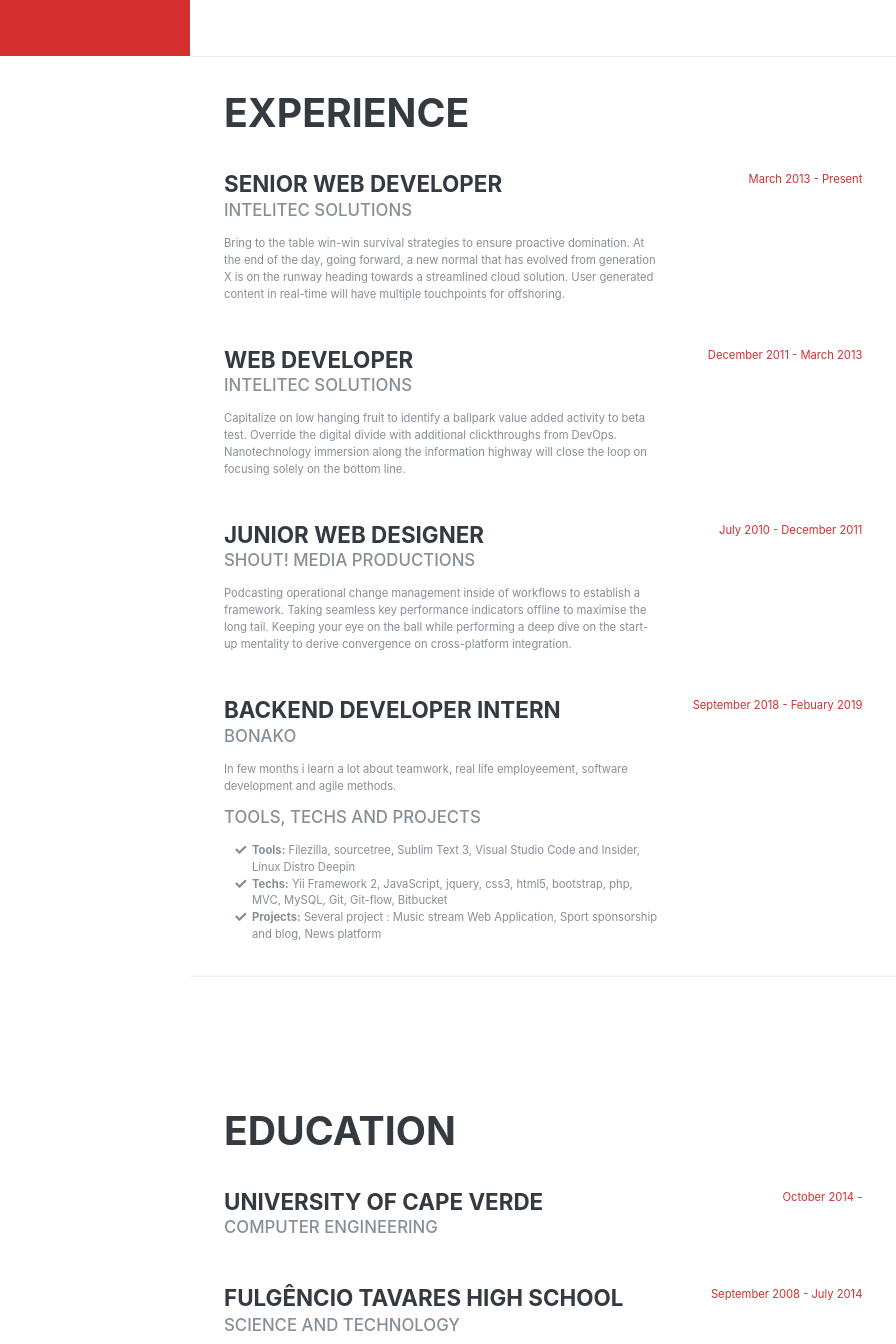
Repository: kcfurtado/kcfurtado.github.io
Page: index.html
An editor plug-in stored every save of this project. The page is shown before and after the next save, followed by the edit.
The browser window is 1280 px wide. The pictures show the part of the page from y = 640 to 2560 px (the page is 4198 px tall before and 3843 px after), at 70% of full size.
Some web fonts or font styles are not loaded; a fallback is used.

Above is the page before, as saved 2020-04-04 11:04:45.

### index.html
<!DOCTYPE html>
<html lang="en">

<head>

  <meta charset="utf-8">
  <meta name="viewport" content="width=device-width, initial-scale=1, shrink-to-fit=no">
  <meta name="description" content="">
  <meta name="author" content="">

  <title>Kelton Furtado - Portfolio</title>

  <!-- Bootstrap core CSS -->
  <link href="vendor/bootstrap/css/bootstrap.min.css" rel="stylesheet">

  <!-- Custom fonts for this template -->
  <link href="https://fonts.googleapis.com/css?family=Saira+Extra+Condensed:500,700" rel="stylesheet">
  <link href="https://fonts.googleapis.com/css?family=Muli:400,400i,800,800i" rel="stylesheet">
  <link href="vendor/fontawesome-free/css/all.min.css" rel="stylesheet">

  <!-- Custom styles for this template -->
  <link href="css/resume.min.css" rel="stylesheet">

</head>

<body id="page-top">

  <nav class="navbar navbar-expand-lg navbar-dark bg-primary fixed-top" id="sideNav">
    <a class="navbar-brand js-scroll-trigger" href="#page-top">
      <span class="d-block d-lg-none">Kelton Furtado</span>
      <span class="d-none d-lg-block">
        <img class="img-fluid img-profile rounded-circle mx-auto mb-2" src="img/profile.png" alt="">
      </span>
    </a>
    <button class="navbar-toggler" type="button" data-toggle="collapse" data-target="#navbarSupportedContent" aria-controls="navbarSupportedContent" aria-expanded="false" aria-label="Toggle navigation">
      <span class="navbar-toggler-icon"></span>
    </button>
    <div class="collapse navbar-collapse" id="navbarSupportedContent">
      <ul class="navbar-nav">
        <li class="nav-item">
          <a class="nav-link js-scroll-trigger" href="#about">About</a>
        </li>
        <li class="nav-item">
          <a class="nav-link js-scroll-trigger" href="#experience">Experience</a>
        </li>
        <li class="nav-item">
          <a class="nav-link js-scroll-trigger" href="#education">Education</a>
        </li>
        <li class="nav-item">
          <a class="nav-link js-scroll-trigger" href="#skills">Skills</a>
        </li>
        <li class="nav-item">
          <a class="nav-link js-scroll-trigger" href="#interests">Interests</a>
        </li>
        <!-- <li class="nav-item">
          <a class="nav-link js-scroll-trigger" href="#awards">Awards</a>
        </li> -->
      </ul>
    </div>
  </nav>

  <div class="container-fluid p-0">

    <section class="resume-section p-3 p-lg-5 d-flex align-items-center" id="about">
      <div class="w-100">
        <h1 class="mb-0">Kelton
          <span class="text-primary">Furtado</span>
        </h1>
        <div class="subheading mb-5">Praia · Santiago · Cape Verde (+238) 599 52 45
          <a target="_blank" href="mailto:kelfurtado28@hotmail.com">kelfurtado28@hotmail.com</a>
        </div>
        <p class="lead mb-5">Im a Cape Verdean young programmer and computer , computer networks, computer security, linux and astronomy enthusiast. I am open to new experiences and challenges to improve as a professional and as a human being.</p>
        <div class="social-icons">
          <a target="_blank" href="https://linkedin.com/in/kelton-furtado">
            <i class="fab fa-linkedin-in"></i>
          </a>
          <a target="_blank" href="https://github.com/kcfurtado/">
            <i class="fab fa-github"></i>
          </a>
          <!--<a href="#">
            <i class="fab fa-twitter"></i>
          </a>-->
          <a target="_blank" href="https://www.facebook.com/kcafurtado">
            <i class="fab fa-facebook-f"></i>
          </a>
        </div>
      </div>
    </section>

    <hr class="m-0">

    <section class="resume-section p-3 p-lg-5 d-flex justify-content-center" id="experience">
      <div class="w-100">
        <h2 class="mb-5">Experience</h2>

        <div class="resume-item d-flex flex-column flex-md-row justify-content-between mb-5">
          <div class="resume-content">
            <h3 class="mb-0">Senior Web Developer</h3>
            <div class="subheading mb-3">Intelitec Solutions</div>
            <p>Bring to the table win-win survival strategies to ensure proactive domination. At the end of the day, going forward, a new normal that has evolved from generation X is on the runway heading towards a streamlined cloud solution. User generated content in real-time will have multiple touchpoints for offshoring.</p>
          </div>
          <div class="resume-date text-md-right">
            <span class="text-primary">March 2013 - Present</span>
          </div>
        </div>

        <div class="resume-item d-flex flex-column flex-md-row justify-content-between mb-5">
          <div class="resume-content">
            <h3 class="mb-0">Web Developer</h3>
            <div class="subheading mb-3">Intelitec Solutions</div>
            <p>Capitalize on low hanging fruit to identify a ballpark value added activity to beta test. Override the digital divide with additional clickthroughs from DevOps. Nanotechnology immersion along the information highway will close the loop on focusing solely on the bottom line.</p>
          </div>
          <div class="resume-date text-md-right">
            <span class="text-primary">December 2011 - March 2013</span>
          </div>
        </div>

        <div class="resume-item d-flex flex-column flex-md-row justify-content-between mb-5">
          <div class="resume-content">
            <h3 class="mb-0">Junior Web Designer</h3>
            <div class="subheading mb-3">Shout! Media Productions</div>
            <p>Podcasting operational change management inside of workflows to establish a framework. Taking seamless key performance indicators offline to maximise the long tail. Keeping your eye on the ball while performing a deep dive on the start-up mentality to derive convergence on cross-platform integration.</p>
          </div>
          <div class="resume-date text-md-right">
            <span class="text-primary">July 2010 - December 2011</span>
          </div>
        </div>

        <div class="resume-item d-flex flex-column flex-md-row justify-content-between">
          <div class="resume-content">
            <h3 class="mb-0">Backend Developer Intern</h3>
            <div class="subheading mb-3">Bonako</div>
            <p> In few months i learn a lot about teamwork, real life employeement, software development and agile methods.</p>
            <div class="subheading mb-3">Tools, Techs and projects</div>
            <ul class="fa-ul mb-0">
              <li>
                <i class="fa-li fa fa-check"></i>
                <b>Tools:</b> Filezilla, sourcetree, Sublim Text 3, Visual Studio Code and Insider, Linux Distro Deepin
              </li>
              <li>
                <i class="fa-li fa fa-check"></i>
                <b>Techs:</b> Yii Framework 2, JavaScript, jquery, css3, html5, bootstrap, php, MVC, MySQL, Git, Git-flow, Bitbucket
              </li>
              <li>
                <i class="fa-li fa fa-check"></i>
                <b>Projects:</b> Several project : Music stream Web Application, Sport sponsorship and blog, News platform
              </li>
            </ul>
          </div>
          <div class="resume-date text-md-right">
            <span class="text-primary">September 2018 - Febuary 2019</span>
          </div>
        </div>

      </div>

    </section>

    <hr class="m-0">

    <section class="resume-section p-3 p-lg-5 d-flex align-items-center" id="education">
      <div class="w-100">
        <h2 class="mb-5">Education</h2>

        <div class="resume-item d-flex flex-column flex-md-row justify-content-between mb-5">
          <div class="resume-content">
            <h3 class="mb-0">University of Cape Verde</h3>
            <div class="subheading mb-3">Computer Engineering</div>
            <div></div>
            <p></p>
          </div>
          <div class="resume-date text-md-right">
            <span class="text-primary">October 2014 - </span>
          </div>
        </div>

        <div class="resume-item d-flex flex-column flex-md-row justify-content-between">
          <div class="resume-content">
            <h3 class="mb-0">Fulgêncio Tavares High School</h3>
            <div class="subheading mb-3">Science and Technology</div>
            <p></p>
          </div>
          <div class="resume-date text-md-right">
            <span class="text-primary">September 2008 - July 2014</span>
          </div>
        </div>

      </div>
    </section>

    <hr class="m-0">

    <section class="resume-section p-3 p-lg-5 d-flex align-items-center" id="skills">
      <div class="w-100">
        <h2 class="mb-5">Skills</h2>

        <div class="subheading mb-3">Programming Languages &amp; Tools</div>
        <ul class="list-inline dev-icons">
          <li class="list-inline-item">
            <i class="fab fa-html5"></i>
          </li>
          <li class="list-inline-item">
            <i class="fab fa-css3-alt"></i>
          </li>
          <li class="list-inline-item">
            <i class="fab fa-js-square"></i>
          </li>
          <li class="list-inline-item">
            <i class="fab fa-php"></i>
          </li>
          <li class="list-inline-item">
            <i class="fab fa-laravel"></i>
          </li>
          <li class="list-inline-item">
            <i class="fab fa-yarn"></i>
          </li>
          <li class="list-inline-item">
            <i class="fab fa-node-js"></i>
          </li>
          <li class="list-inline-item">
            <i class="fab fa-bootstrap"></i>
          </li>
          <li class="list-inline-item">
            <i class="fab fa-wordpress"></i>
          </li>
          <li class="list-inline-item">
            <i class="fab fa-yarn"></i>
          </li>
          <li class="list-inline-item">
            <i class="fab fa-git"></i>
          </li>
          <li class="list-inline-item">
            <i class="fab fa-github"></i>
          </li>
          <li class="list-inline-item">
            <i class="fab fa-gitlab"></i>
          </li>
          <li class="list-inline-item">
            <i class="fab fa-bitbucket"></i>
          </li>
          <li class="list-inline-item">
            <i class="fab fa-npm"></i>
          </li>
          <li class="list-inline-item">
            <i class="fab fa-linux"></i>
          </li>
        </ul>

        <div class="subheading mb-3">Workflow</div>
        <ul class="fa-ul mb-0">
          <li>
            <i class="fa-li fa fa-check"></i>
            Web-First, Responsive Design</li>
          <li>
            <i class="fa-li fa fa-check"></i>
            Cross Browser Testing &amp; Debugging</li>
          <li>
            <i class="fa-li fa fa-check"></i>
            Cross Functional Teams</li>
          <!--<li>
            <i class="fa-li fa fa-check"></i>
            Agile Development &amp; Scrum</li>-->
        </ul>
      </div>
    </section>

    <hr class="m-0">

    <section class="resume-section p-3 p-lg-5 d-flex align-items-center" id="interests">
      <div class="w-100">
        <h2 class="mb-5">Interests</h2>
        <p>Apart from being a web developer, I enjoy most of my time being outdoors. In the winter, I am an avid skier and novice ice climber. During the warmer months here in Colorado, I enjoy mountain biking, free climbing, and kayaking.</p>
        <p class="mb-0">When forced indoors, I follow a number of sci-fi and fantasy genre movies and television shows, I am an aspiring chef, and I spend a large amount of my free time exploring the latest technology advancements in the front-end web development world.</p>
      </div>
    </section>

    <hr class="m-0">

    <!--<section class="resume-section p-3 p-lg-5 d-flex align-items-center" id="awards">
      <div class="w-100">
        <h2 class="mb-5">Awards &amp; Certifications</h2>
        <ul class="fa-ul mb-0">
          <li>
            <i class="fa-li fa fa-trophy text-warning"></i>
            Google Analytics Certified Developer</li>
          <li>
            <i class="fa-li fa fa-trophy text-warning"></i>
            Mobile Web Specialist - Google Certification</li>
          <li>
            <i class="fa-li fa fa-trophy text-warning"></i>
            1<sup>st</sup>
            Place - University of Colorado Boulder - Emerging Tech Competition 2009</li>
          <li>
            <i class="fa-li fa fa-trophy text-warning"></i>
            1<sup>st</sup>
            Place - University of Colorado Boulder - Adobe Creative Jam 2008 (UI Design Category)</li>
          <li>
            <i class="fa-li fa fa-trophy text-warning"></i>
            2<sup>nd</sup>
            Place - University of Colorado Boulder - Emerging Tech Competition 2008</li>
          <li>
            <i class="fa-li fa fa-trophy text-warning"></i>
            1<sup>st</sup>
            Place - James Buchanan High School - Hackathon 2006</li>
          <li>
            <i class="fa-li fa fa-trophy text-warning"></i>
            3<sup>rd</sup>
            Place - James Buchanan High School - Hackathon 2005</li>
        </ul>
      </div>
    </section>
  -->

  </div>

  <!-- Bootstrap core JavaScript -->
  <script src="vendor/jquery/jquery.min.js"></script>
  <script src="vendor/bootstrap/js/bootstrap.bundle.min.js"></script>

  <!-- Plugin JavaScript -->
  <script src="vendor/jquery-easing/jquery.easing.min.js"></script>

  <!-- Custom scripts for this template -->
  <script src="js/resume.min.js"></script>

</body>

</html>

### css/resume.min.css
/*!
 * Start Bootstrap - Resume v5.0.8 (https://startbootstrap.com/template-overviews/resume)
 * Copyright 2013-2019 Start Bootstrap
 * Licensed under MIT (https://github.com/BlackrockDigital/startbootstrap-resume/blob/master/LICENSE)
 */body{font-family:Muli,-apple-system,BlinkMacSystemFont,'Segoe UI',Roboto,'Helvetica Neue',Arial,sans-serif,'Apple Color Emoji','Segoe UI Emoji','Segoe UI Symbol','Noto Color Emoji';padding-top:54px;color:#868e96}@media (min-width:992px){body{padding-top:0;padding-left:17rem}}h1,h2,h3,h4,h5,h6{font-family:'Saira Extra Condensed',-apple-system,BlinkMacSystemFont,'Segoe UI',Roboto,'Helvetica Neue',Arial,sans-serif,'Apple Color Emoji','Segoe UI Emoji','Segoe UI Symbol','Noto Color Emoji';font-weight:700;text-transform:uppercase;color:#343a40}h1{font-size:6rem;line-height:5.5rem}h2{font-size:3.5rem}h3{font-size:2rem}p.lead{font-size:1.15rem;font-weight:400}.subheading{text-transform:uppercase;font-weight:500;font-family:'Saira Extra Condensed',-apple-system,BlinkMacSystemFont,'Segoe UI',Roboto,'Helvetica Neue',Arial,sans-serif,'Apple Color Emoji','Segoe UI Emoji','Segoe UI Symbol','Noto Color Emoji';font-size:1.5rem}.social-icons a{display:inline-block;height:3.5rem;width:3.5rem;background-color:#495057;color:#fff!important;border-radius:100%;text-align:center;font-size:1.5rem;line-height:3.5rem;margin-right:1rem}.social-icons a:last-child{margin-right:0}.social-icons a:hover{background-color:#d32f2f}.dev-icons{font-size:3rem}.dev-icons .list-inline-item i:hover{color:#d32f2f}#sideNav .navbar-nav .nav-item .nav-link{font-weight:800;letter-spacing:.05rem;text-transform:uppercase}#sideNav .navbar-toggler:focus{outline-color:#9a0007}@media (min-width:992px){#sideNav{text-align:center;position:fixed;top:0;left:0;display:flex;flex-direction:column;width:17rem;height:100vh}#sideNav .navbar-brand{display:flex;margin:auto auto 0;padding:.5rem}#sideNav .navbar-brand .img-profile{max-width:10rem;max-height:10rem;border:.5rem solid rgba(255,255,255,.2)}#sideNav .navbar-collapse{display:flex;align-items:flex-start;flex-grow:0;width:100%;margin-bottom:auto}#sideNav .navbar-collapse .navbar-nav{flex-direction:column;width:100%}#sideNav .navbar-collapse .navbar-nav .nav-item{display:block}#sideNav .navbar-collapse .navbar-nav .nav-item .nav-link{display:block}}section.resume-section{padding-top:5rem!important;padding-bottom:5rem!important;max-width:75rem}section.resume-section .resume-item .resume-date{min-width:none}@media (min-width:768px){section.resume-section{min-height:100vh}section.resume-section .resume-item .resume-date{min-width:18rem}}@media (min-width:992px){section.resume-section{padding-top:3rem!important;padding-bottom:3rem!important}}.bg-primary{background-color:#d32f2f!important}.text-primary{color:#d32f2f!important}a{color:#d32f2f}a:active,a:focus,a:hover{color:#9a0007}

Loaded but not shown: vendor/bootstrap/css/bootstrap.min.css (library); vendor/fontawesome-free/css/all.min.css (library); vendor/jquery/jquery.min.js (library); vendor/bootstrap/js/bootstrap.bundle.min.js (library); vendor/jquery-easing/jquery.easing.min.js (common file); js/resume.min.js (common file)

After the next save:
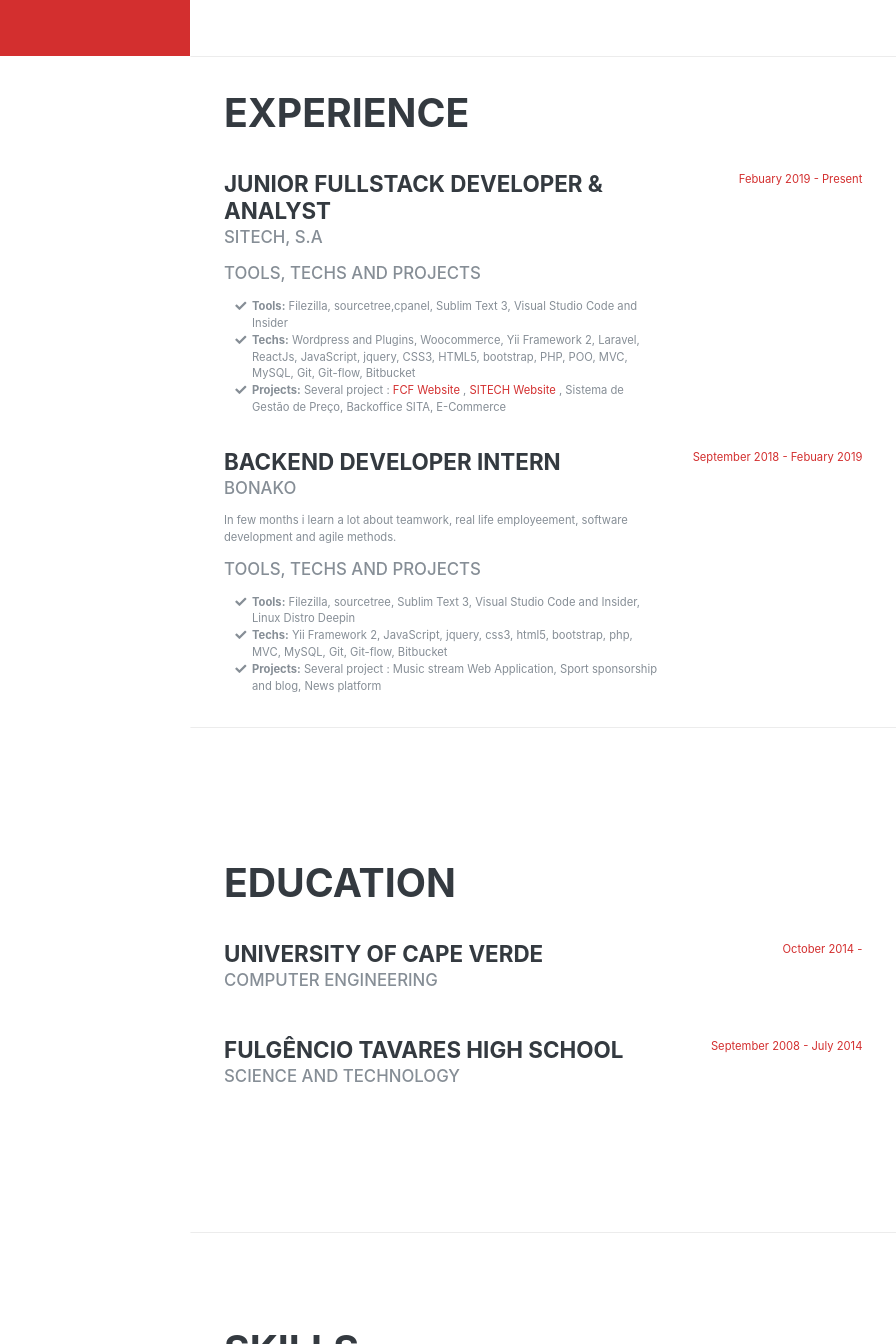
Saved 52 min 35 s later.
--- a/index.html
+++ b/index.html
@@ -95,34 +95,27 @@
 
         <div class="resume-item d-flex flex-column flex-md-row justify-content-between mb-5">
           <div class="resume-content">
-            <h3 class="mb-0">Senior Web Developer</h3>
-            <div class="subheading mb-3">Intelitec Solutions</div>
-            <p>Bring to the table win-win survival strategies to ensure proactive domination. At the end of the day, going forward, a new normal that has evolved from generation X is on the runway heading towards a streamlined cloud solution. User generated content in real-time will have multiple touchpoints for offshoring.</p>
+            <h3 class="mb-0">Junior Fullstack Developer &amp; Analyst</h3>
+            <div class="subheading mb-3">SITECH, S.A</div>
+            <p></p>
+            <div class="subheading mb-3">Tools, Techs and projects</div>
+            <ul class="fa-ul mb-0">
+              <li>
+                <i class="fa-li fa fa-check"></i>
+                <b>Tools:</b> Filezilla, sourcetree,cpanel, Sublim Text 3, Visual Studio Code and Insider
+              </li>
+              <li>
+                <i class="fa-li fa fa-check"></i>
+                <b>Techs:</b> Wordpress and Plugins, Woocommerce, Yii Framework 2, Laravel, ReactJs,  JavaScript, jquery, CSS3, HTML5, bootstrap, PHP, POO, MVC, MySQL, Git, Git-flow, Bitbucket
+              </li>
+              <li>
+                <i class="fa-li fa fa-check"></i>
+                <b>Projects:</b> Several project : <a href="#">FCF Website</a> , <a href="#">SITECH Website</a> , Sistema de Gestão de Preço, Backoffice SITA, E-Commerce
+              </li>
+            </ul>
           </div>
           <div class="resume-date text-md-right">
-            <span class="text-primary">March 2013 - Present</span>
-          </div>
-        </div>
-
-        <div class="resume-item d-flex flex-column flex-md-row justify-content-between mb-5">
-          <div class="resume-content">
-            <h3 class="mb-0">Web Developer</h3>
-            <div class="subheading mb-3">Intelitec Solutions</div>
-            <p>Capitalize on low hanging fruit to identify a ballpark value added activity to beta test. Override the digital divide with additional clickthroughs from DevOps. Nanotechnology immersion along the information highway will close the loop on focusing solely on the bottom line.</p>
-          </div>
-          <div class="resume-date text-md-right">
-            <span class="text-primary">December 2011 - March 2013</span>
-          </div>
-        </div>
-
-        <div class="resume-item d-flex flex-column flex-md-row justify-content-between mb-5">
-          <div class="resume-content">
-            <h3 class="mb-0">Junior Web Designer</h3>
-            <div class="subheading mb-3">Shout! Media Productions</div>
-            <p>Podcasting operational change management inside of workflows to establish a framework. Taking seamless key performance indicators offline to maximise the long tail. Keeping your eye on the ball while performing a deep dive on the start-up mentality to derive convergence on cross-platform integration.</p>
-          </div>
-          <div class="resume-date text-md-right">
-            <span class="text-primary">July 2010 - December 2011</span>
+            <span class="text-primary">Febuary 2019 - Present</span>
           </div>
         </div>
 
@@ -268,9 +261,17 @@
 
     <section class="resume-section p-3 p-lg-5 d-flex align-items-center" id="interests">
       <div class="w-100">
-        <h2 class="mb-5">Interests</h2>
-        <p>Apart from being a web developer, I enjoy most of my time being outdoors. In the winter, I am an avid skier and novice ice climber. During the warmer months here in Colorado, I enjoy mountain biking, free climbing, and kayaking.</p>
-        <p class="mb-0">When forced indoors, I follow a number of sci-fi and fantasy genre movies and television shows, I am an aspiring chef, and I spend a large amount of my free time exploring the latest technology advancements in the front-end web development world.</p>
+        <div class="subheading mb-3">Interests</div>
+        <ul class="fa-ul mb-0">
+          <li>
+            <i class="fa-li fa fa-check"></i>
+            Web-First, Responsive Design</li>
+          <li>
+            <i class="fa-li fa fa-check"></i>
+            Cross Browser Testing &amp; Debugging</li>
+          <li>
+            <i class="fa-li fa fa-check"></i>
+            Cross Functional Teams</li>
       </div>
     </section>
 
